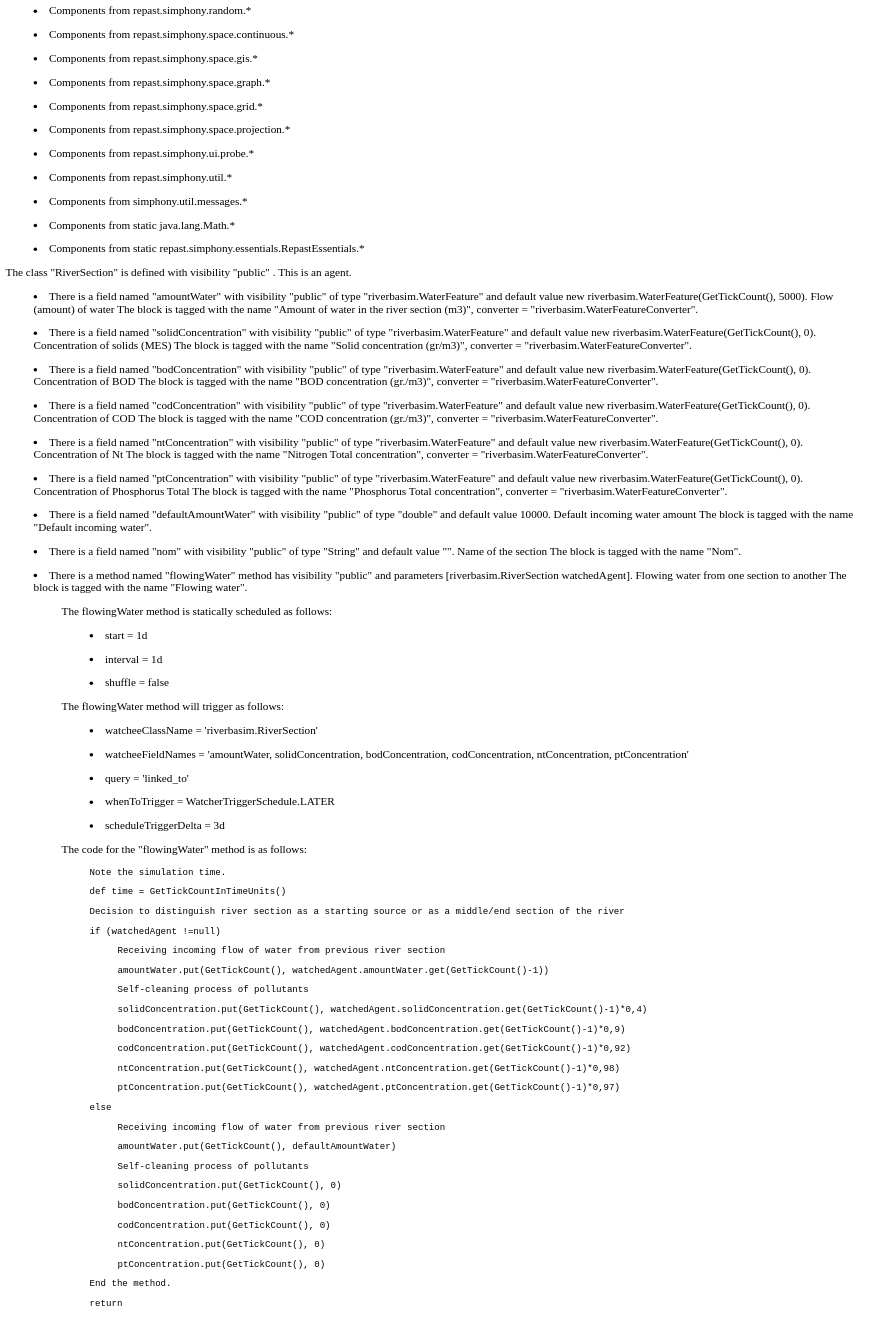
Repository: kemlg/RiverBaSim
Page: RiverBaSim/docs/.RiverSection.html
These files come from the project's save history. The page is drawn as it stood at one moment and after the next save; the edit follows.
The browser window is 1280 px wide. The pictures show the part of the page from y = 1021 to 2941 px (the page is 2907 px tall before and 2941 px after), at 70% of full size.

Above is the page before, as saved 2013-07-20 12:31:44.

After the next save:
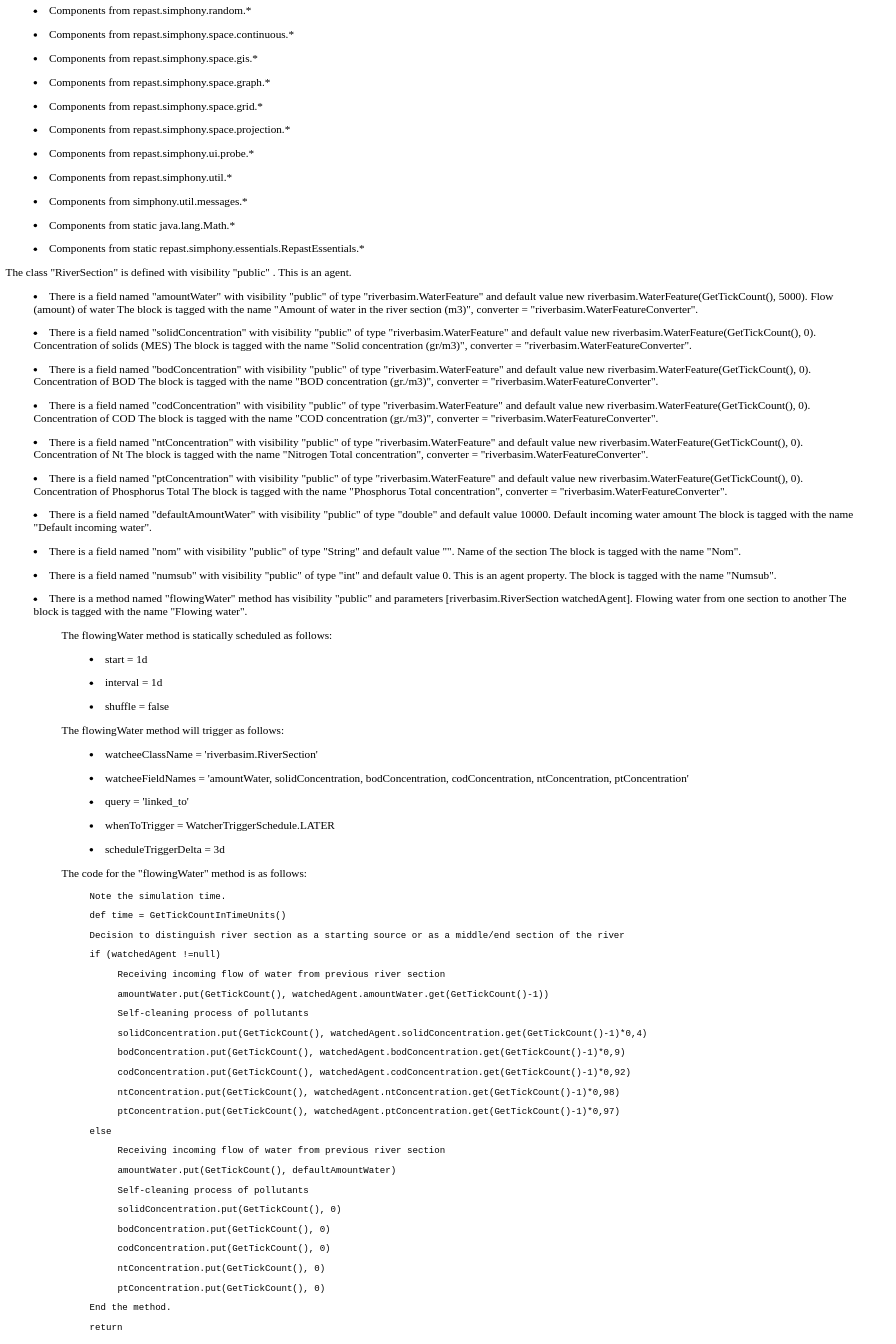
Saved 24 s later.
--- a/RiverBaSim/docs/.RiverSection.html
+++ b/RiverBaSim/docs/.RiverSection.html
@@ -58,6 +58,8 @@ The class "RiverSection" is defined with visibility "public" . This is an agent.
 </p>
     <li>There is a field named "nom" with visibility "public" of type "String" and default value "". Name of the section The block is tagged with the name "Nom".</li></p>
 </p>
+    <li>There is a field named "numsub" with visibility "public" of type "int" and default value 0. This is an agent property. The block is tagged with the name "Numsub".</li></p>
+</p>
     </p>
     </p>
         <li>There is a method named "flowingWater" method has visibility     "public" and parameters [riverbasim.RiverSection watchedAgent]. Flowing water from one section to another The block is tagged with the name "Flowing water".</li></p>
